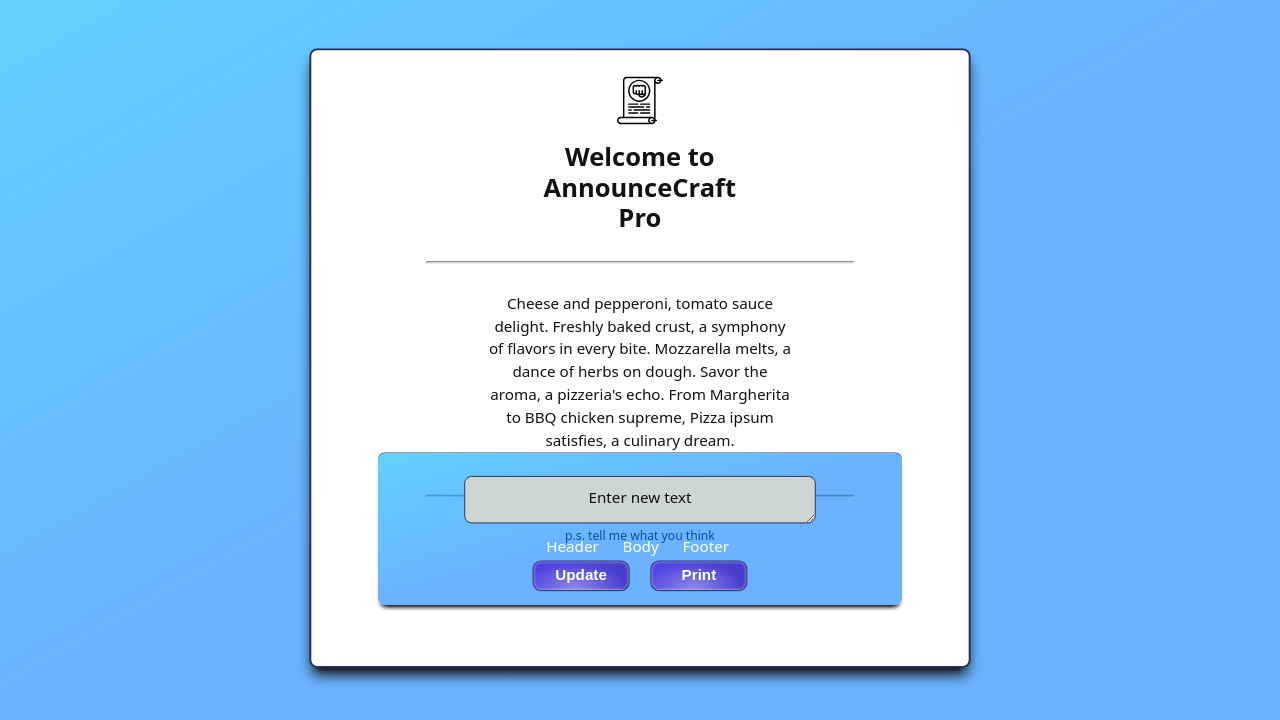
Repository: Freezler/AnnounceCraft
Page: index.html
The author's editor kept a copy of each file at every save. The page is drawn from the files as they stood at one save, then again after a run of saves.
The browser window is 1280 px wide. The pictures show the whole page.

Above is the page before, as saved 2024-01-22 21:01:42.

After the next 3 saves:
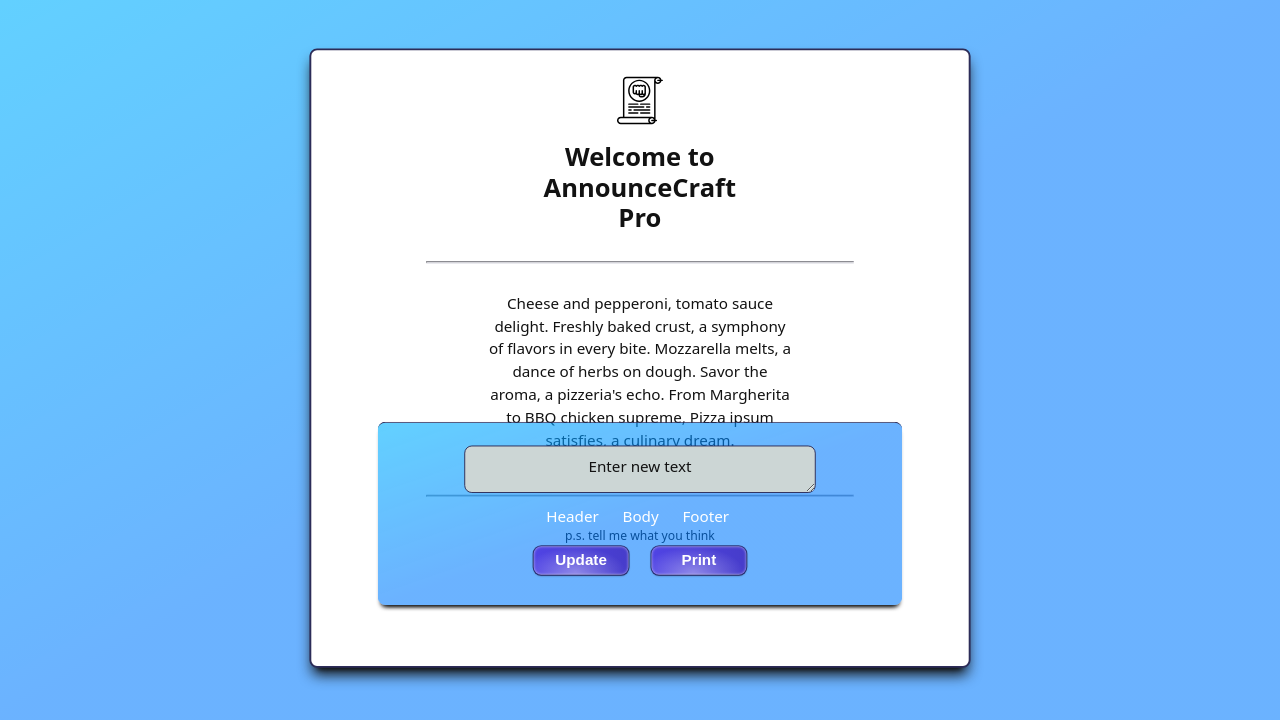
The 3 saves are shown as one change because they came seconds apart.
The last was saved 15 s later.
--- a/style.css
+++ b/style.css
@@ -253,7 +253,7 @@ svg {
 /* CSS */
 
 .btn {
-    margin: 0 8px;
+    margin: 1rem 0.5rem;
     padding: 6px 12px;
     border: 0;
     font-size: 16px;
